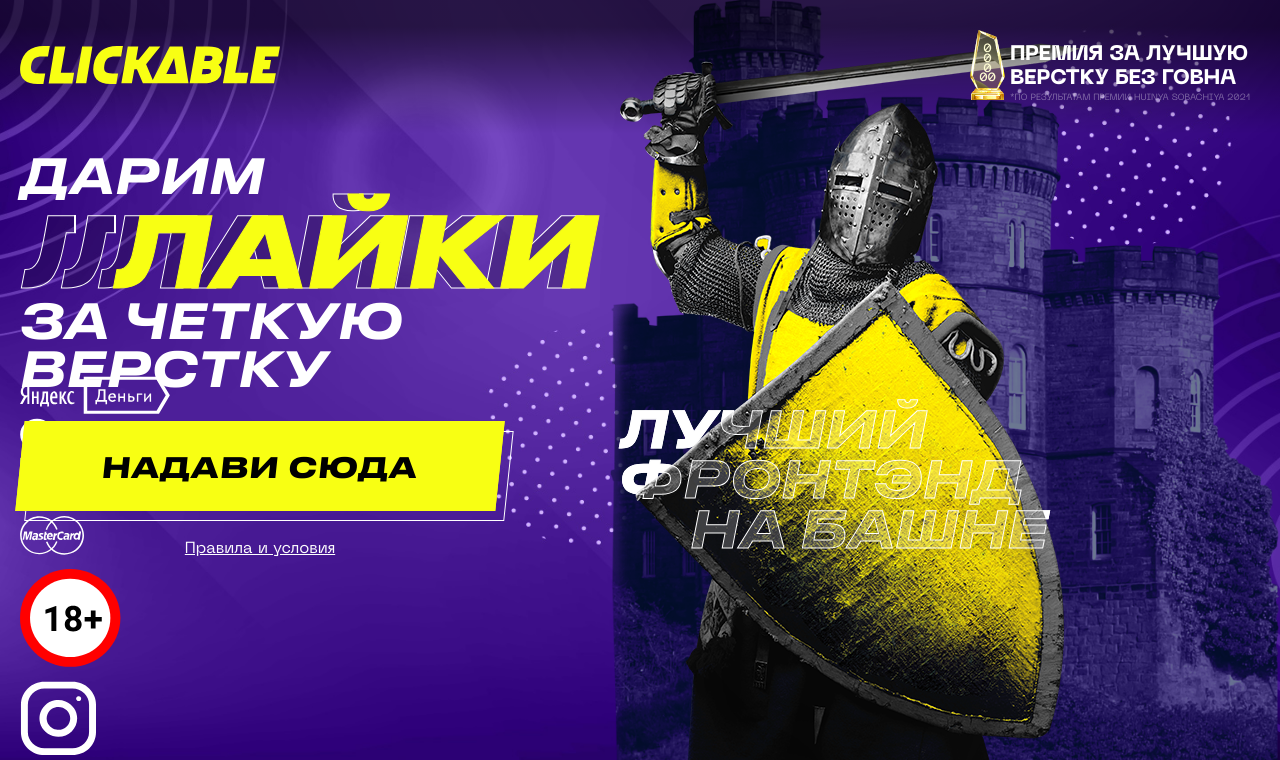
Repository: stanislavExtE/clickable_test
Page: app/index.html
An editor plug-in stored every save of this project. The page is shown before and after the next save, followed by the edit.
The browser window is 1280 px wide. The pictures show the whole page.
The style sheet was rebuilt from its Sass, Less or Tailwind sources for each picture, by a compiler version that may differ from the author's.

Above is the page before, as saved 2021-01-13 18:15:04.

After the next save:
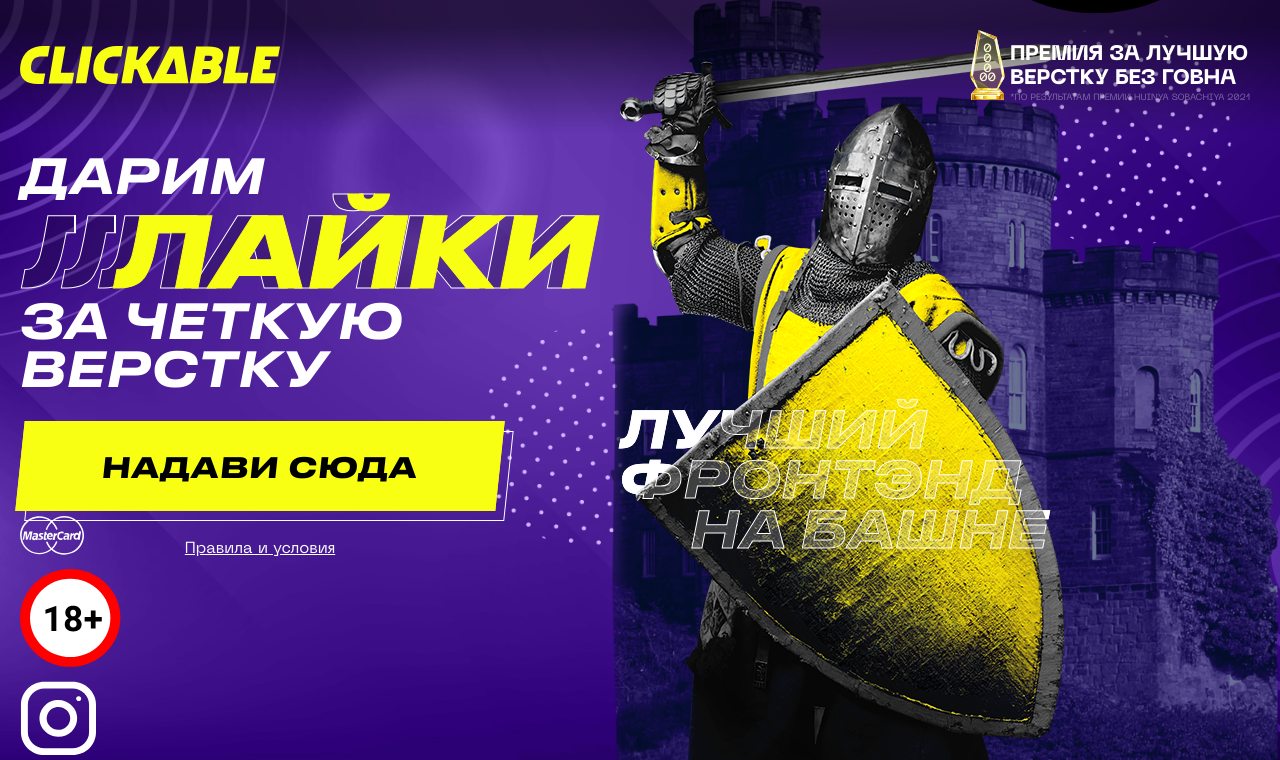
Saved 93 s later.
--- a/app/img/icons/webmoney.svg
+++ b/app/img/icons/webmoney.svg
@@ -112,4 +112,5 @@
 			C23.67,24.368,22.95,23.717,21.961,23.717z M21.961,27.118c-0.532,0-0.922-0.41-0.922-1.438c0-1.012,0.428-1.439,0.922-1.439
 			c0.51,0,0.922,0.427,0.922,1.439C22.883,26.707,22.493,27.118,21.961,27.118z"/>
 	</g>
+	</g>
 </svg>
